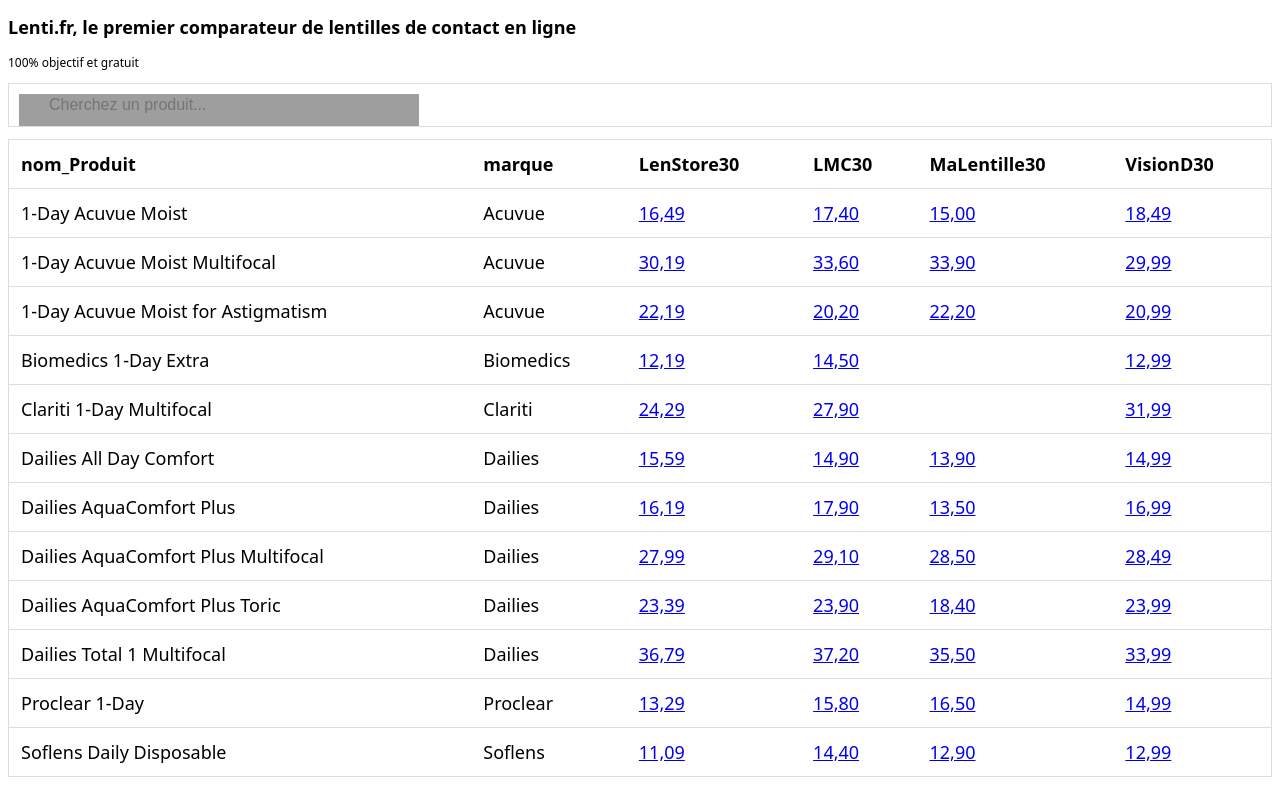
Repository: franklinliot/lenti
Page: indexUltime.html
The author's editor kept a copy of each file at every save. The page is drawn from the files as they stood at one save, then again after the next save.
The browser window is 1280 px wide. The pictures show the whole page.
Pictures or frames that could not be fetched are drawn as grey boxes.

Above is the page before, as saved 2021-06-17 15:51:15.

After the next save:
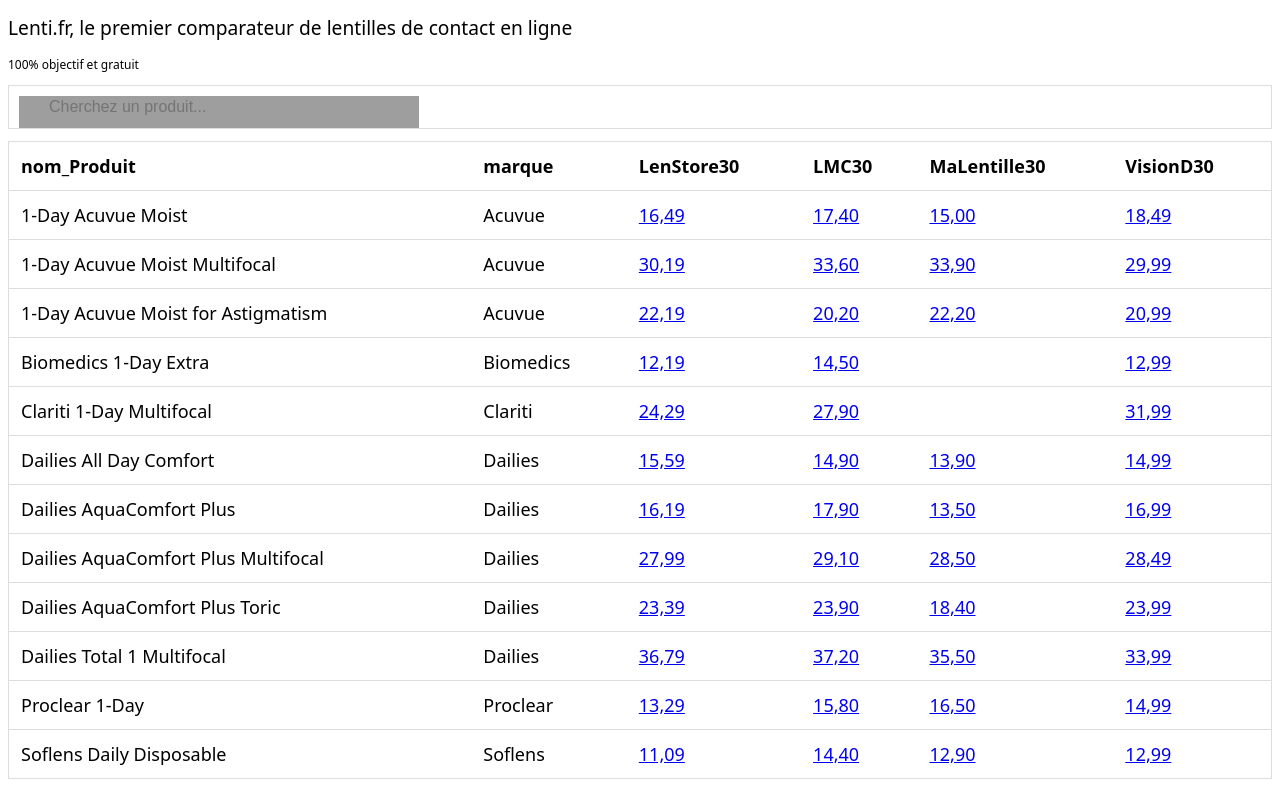
Saved 17 s later.
--- a/indexUltime.html
+++ b/indexUltime.html
@@ -45,8 +45,8 @@
         font-size: 75%;
       }
 
-      h3 {
-        color: blue;
+      h2 {
+        color: var(--heading-color);
         font-size: 1.6em;
         font-weight: normal;
         line-height: 1.25em;

After the 2 saves that followed:
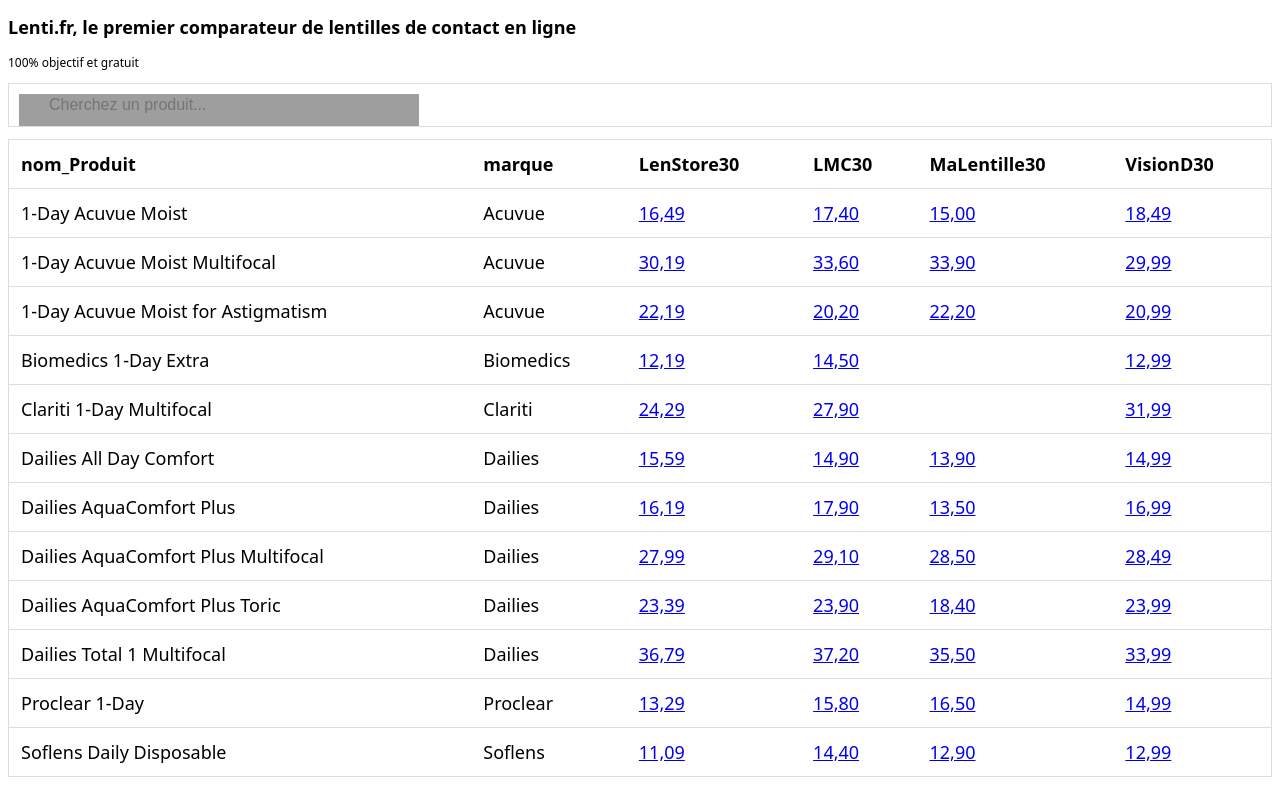
The 2 saves are shown as one change because they came seconds apart.
The last was saved 13 s later.
--- a/indexUltime.html
+++ b/indexUltime.html
@@ -45,7 +45,7 @@
         font-size: 75%;
       }
 
-      h2 {
+      h1 {
         color: var(--heading-color);
         font-size: 1.6em;
         font-weight: normal;
